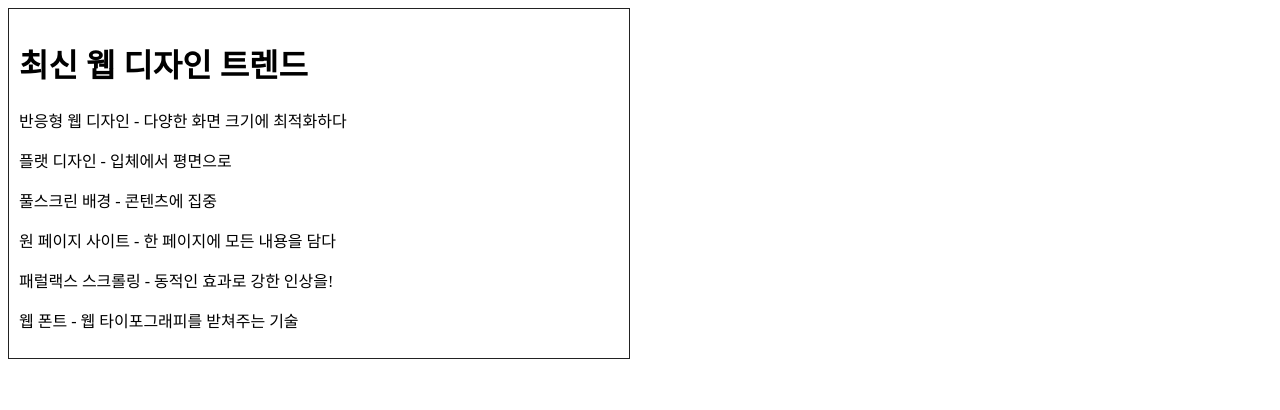
Repository: Kebiskim/2023_WebStudy
Page: 01_css/src/main/webapp/day01/Ex09_test2.html
An editor plug-in stored every save of this project. The page is shown before and after the next save, followed by the edit.
The browser window is 1280 px wide. The pictures show the whole page.

Above is the page before, as saved 2023-06-23 05:59:04.

### 01_css/src/main/webapp/day01/Ex09_test2.html
<!DOCTYPE html>
<html>
<head>
<meta charset="UTF-8">
<title>Insert title here</title>
<style type="text/css">
	.container{
		width: 600px;
		border: 1px solid #222;
		padding: 10px;
	}
	ul{list-style-type: none;}
	li{line-height: 2.0;}

</style>
</head>
<body>
	<div class="container">
		<h1>최신 웹 디자인 트렌드</h1>
			<p class="indent"><span class="subject">반응형 웹 디자인</span> - 다양한 화면 크기에 최적화하다</p>
			<p class="indent"><span class="subject">플랫 디자인 </span> - 입체에서 평면으로</p>
			<p class="indent"><span class="subject">풀스크린 배경 </span> - 콘텐츠에 집중</p>
			<p class="indent"><span class="subject">원 페이지 사이트 </span> - 한 페이지에 모든 내용을 담다</p>
			<p class="indent"><span class="subject">패럴랙스 스크롤링 </span> - 동적인 효과로 강한 인상을!</p>
			<p class="indent"><span class="subject">웹 폰트 </span> - 웹 타이포그래피를 받쳐주는 기술</p>
	</div>
</body>
</html>

After the next save:
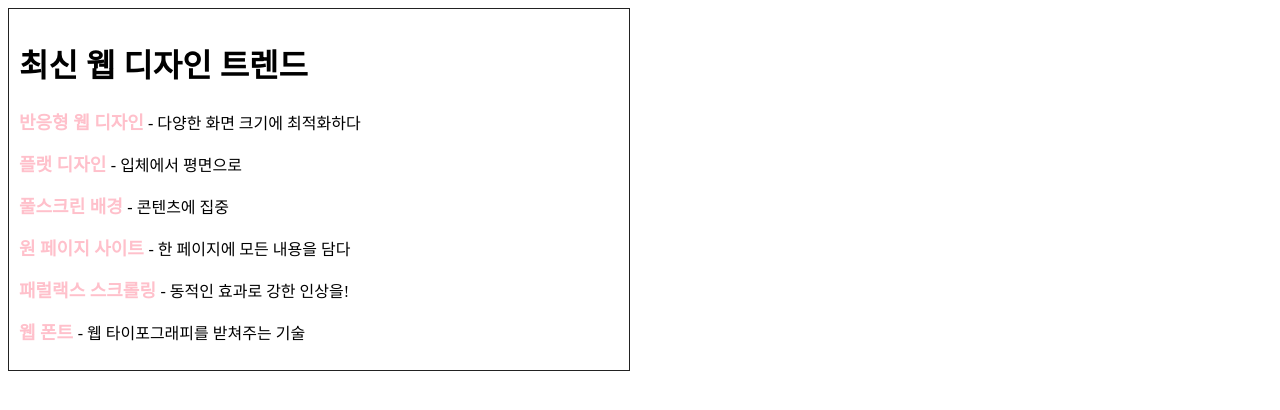
Saved 17 s later.
--- a/01_css/src/main/webapp/day01/Ex09_test2.html
+++ b/01_css/src/main/webapp/day01/Ex09_test2.html
@@ -11,6 +11,11 @@
 	}
 	ul{list-style-type: none;}
 	li{line-height: 2.0;}
+	.subject{
+		color: pink;
+		font-weight: bold;
+		font-size: large;
+	}
 
 </style>
 </head>
